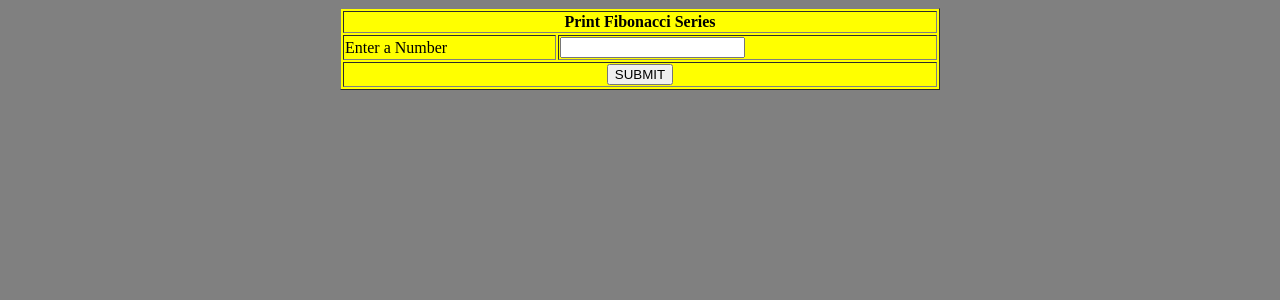
Repository: coolsam56/Advance_Java
Page: Lab6B/src/main/webapp/fab.html
These files come from the project's save history. The page is drawn as it stood at one moment and after the next save; the edit follows.
The browser window is 1280 px wide. The pictures show the whole page.

Above is the page before, as saved 2023-05-11 15:34:31.

After the next save:
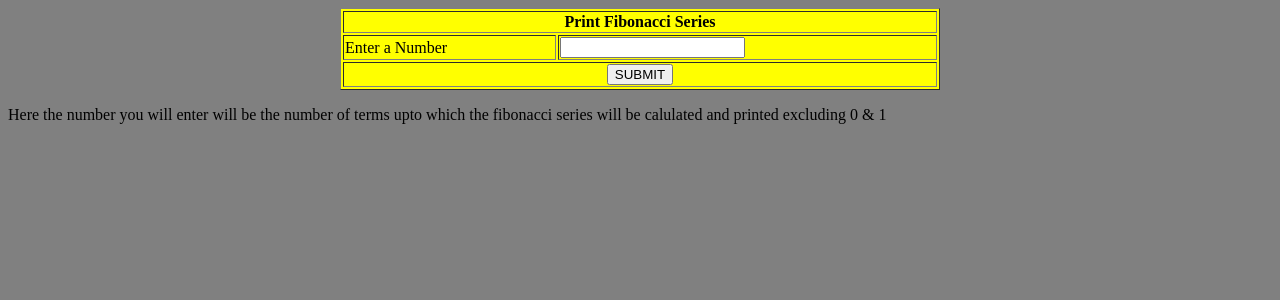
Saved 32 min 29 s later.
--- a/Lab6B/src/main/webapp/fab.html
+++ b/Lab6B/src/main/webapp/fab.html
@@ -26,6 +26,6 @@
 
 </table>
 </form>
-
+<p> Here the number you will  enter will be the number of terms upto which the fibonacci series will be calulated and printed excluding 0 & 1</p>
 </body>
 </html>
